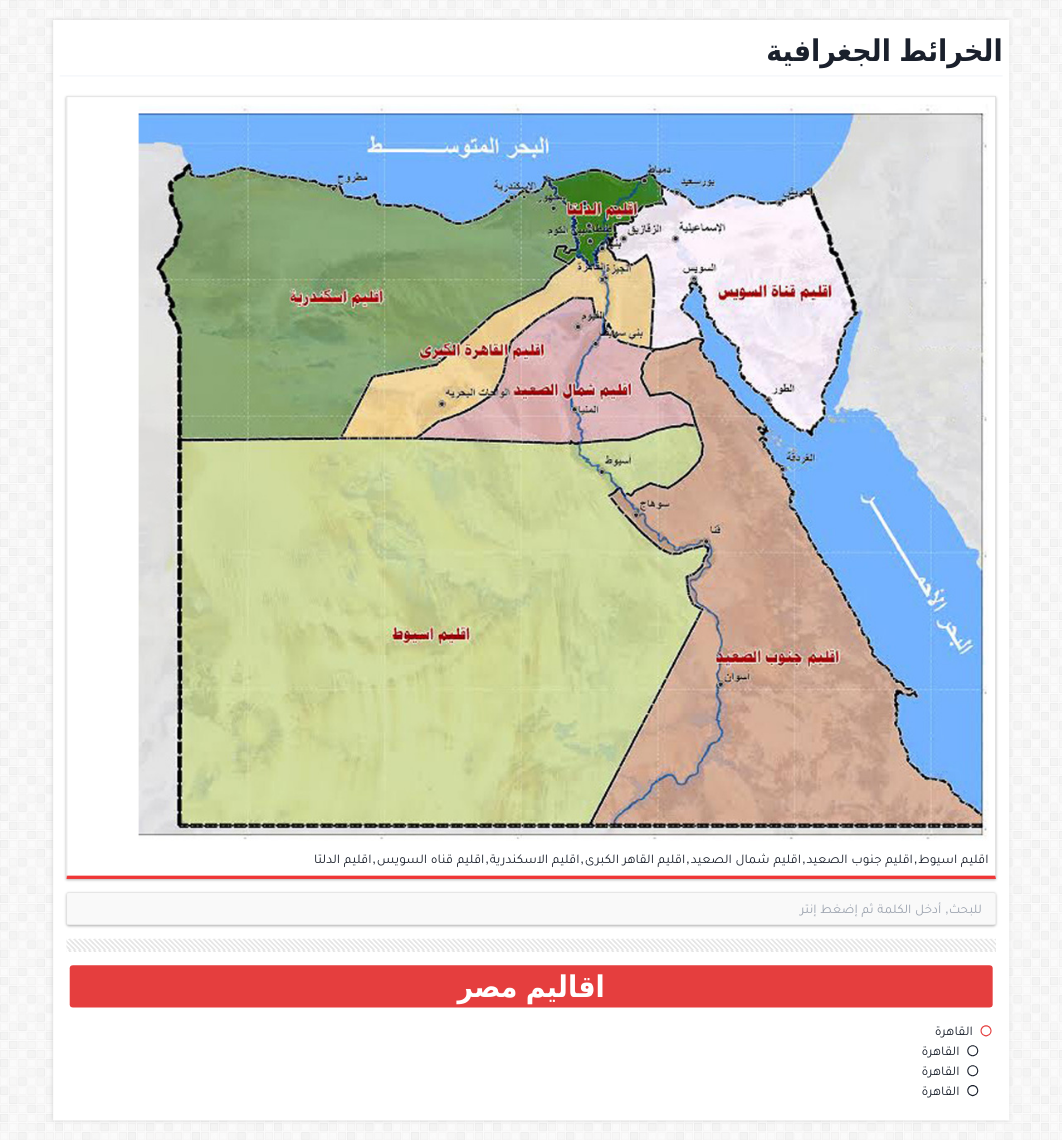
Repository: ahmed-mohamed-eng/egypt-gov-map
Page: /
The author's editor kept a copy of each file at every save. The page is drawn from the files as they stood at one save, then again after the next save.
The browser window is 1280 px wide. The pictures show the whole page, at 83% of full size.
Some web fonts or font styles are not loaded; a fallback is used. The project was rebuilt for these pictures with package versions that can differ from the ones it lists, and the page was loaded fresh each time. The framework's server and built-in components were replaced by stand-ins that run in the browser. Also part of the build but not shown: next.config.js.

Above is the page before, as saved 2022-05-30 14:22:27.

### pages/_app.tsx
import "../styles/globals.css";

import type { AppProps } from "next/app";

import { ChakraProvider, extendTheme } from "@chakra-ui/react";

const theme = extendTheme({
  fonts: {
    heading: `Arial, Helvetica,"Aref Ruqaa" ,'Segoe UI', Tahoma, Geneva, Verdana, sans-serif`,
  },
});

function MyApp({ Component, pageProps }: AppProps) {
  return (
    <ChakraProvider theme={theme}>
      <Component {...pageProps} />
    </ChakraProvider>
  );
}

export default MyApp;

### pages/_document.tsx
import Document, {
  Html,
  Head,
  Main,
  NextScript,
  DocumentContext,
} from "next/document";

class MyDocument extends Document {
  static async getInitialProps(ctx: DocumentContext) {
    const initialProps = await Document.getInitialProps(ctx);
    return { ...initialProps };
  }

  render() {
    return (
      <Html dir="rtl" lang="ar">
        <Head />
        <body>
          <Main />
          <NextScript />
        </body>
      </Html>
    );
  }
}

export default MyDocument;

### pages/index.tsx
import type { NextPage } from "next";

// Custom Components
import Header from "../components/Header";
import PageContainer from "../components/PageContainer";
import MainContentArea from "../components/MainContentArea";

const Home: NextPage = () => {
  return (
    <PageContainer>
      <Header headerTitle="الخرائط الجغرافية" />
      <MainContentArea />
    </PageContainer>
  );
};

export default Home;

### styles/globals.css
@import url("https://fonts.googleapis.com/css2?family=Amiri:ital,wght@0,700;1,400;1,700&family=Aref+Ruqaa:wght@400;700&family=Tajawal:wght@300;400;500;700;800;900&display=swap");

@tailwind base;
@tailwind components;
@tailwind utilities;

html,
body {
  padding: 0;
  margin: 0;
  font-family: -apple-system, BlinkMacSystemFont, Segoe UI, Roboto, Oxygen,
    Ubuntu, Cantarell, Fira Sans, Droid Sans, Helvetica Neue, sans-serif;
}

a {
  color: inherit;
  text-decoration: none;
}

* {
  box-sizing: border-box;
  font-family: Arial, Helvetica, "Tajawal", "Aref Ruqaa", "Segoe UI", Tahoma,
    Geneva, Verdana, sans-serif;
}

### components/Header/index.tsx
export { Header as default } from "./Header";

### components/PageContainer/index.tsx
export { PageContainer as default } from "./PageContainer";

### components/MainContentArea/index.tsx
export { MainContentArea as default } from "./MainContentArea";

### components/Header/Header.tsx
import { Divider, Flex, Heading, VStack } from "@chakra-ui/react";

export interface HeaderProps {
  headerTitle: string;
}

export const Header = (props: HeaderProps) => {
  return (
    <VStack
      as="header"
      w="full"
      justifyContent="center"
      alignItems="center"
      fontSize="1.5rem"
      fontFamily="arabic"
      flex="1"
    >
      <Heading w="full" textAlign="right" as="h1">
        {props.headerTitle}
      </Heading>
      <Flex w="full">
        <Divider orientation="horizontal" />
      </Flex>
    </VStack>
  );
};

### components/PageContainer/PageContainer.tsx
import { Center, Flex, VStack } from "@chakra-ui/react";

// import bgImage from "../../images/backgroundImage.png";

export const PageContainer = (props: any) => {
  return (
    <Flex backgroundImage={`url(/images/backgroundImage.png)`}>
      <Center w="full" h="full" py="1.5rem">
        <VStack
          bgColor="white"
          width={["90vw"]}
          minH="95vh"
          boxShadow="0 0 5px #CACACA"
          py="1rem"
          px="0.5rem"
          spacing="1rem"
        >
          {props.children}
        </VStack>
      </Center>
    </Flex>
  );
};

### components/MainContentArea/MainContentArea.tsx
import { VStack } from "@chakra-ui/react";

// Custom Components.
import MapArea from "./MapArea";
import SearchBox from "./SearchBox";
import StripeSeparator from "./StripeSeparator";
import QuickNavigationArea from "./QuickNavigationArea";

export const MainContentArea = () => {
  return (
    <VStack as="main" w="full" p="0.5rem" spacing="1rem" flex="14">
      <MapArea />
      <SearchBox placeholderTxt="للبحث, أدخل الكلمة ثم إضغط إنتر" />
      <StripeSeparator />
      <QuickNavigationArea />
    </VStack>
  );
};

### components/MainContentArea/MapArea/index.tsx
export { MapArea as default } from "./MapArea";

### components/MainContentArea/SearchBox/index.tsx
export { SearchBox as default } from "./SearchBox";

### components/MainContentArea/StripeSeparator/index.tsx
export { StripeSeparator as default } from "./StripeSeparator";

### components/MainContentArea/QuickNavigationArea/index.tsx
export { QuickNavigationArea as default } from "./QuickNavigationArea";

### components/MainContentArea/MapArea/MapArea.tsx
import { VStack } from "@chakra-ui/react";

// Custom Components.
import MapImage from "./MapImage";
import MapInfoDisplayedLinks from "./MapInfoDisplayedLinks";

// Constants.
import provinces from "../../../constants/provinces";

export const MapArea = () => {
  return (
    <VStack
      borderWidth="thin"
      borderColor="red.500"
      boxShadow="0 1px 3px 0 #b5b5b5"
      border="1px solid #DDD"
      borderBottom="4px solid #ef3636"
      p="0.5rem"
      w="full"
      spacing="0.5rem"
    >
      <MapImage />
      <MapInfoDisplayedLinks
        breadcrumbItems={provinces}
      />
    </VStack>
  );
};

### components/MainContentArea/SearchBox/SearchBox.tsx
import { Input } from "@chakra-ui/react";

export interface SearchBoxProps {
  placeholderTxt: string;
}

export const SearchBox = (props: SearchBoxProps) => {
  return (
    <Input
      w="full"
      backgroundColor="#F9F9F9"
      borderColor="#F1F1F1"
      borderTopColor="#DDD"
      borderBottomColor="#DDD"
      boxShadow="0 1px 3px 0 #B5B5B5"
      borderRadius="3px"
      placeholder={props.placeholderTxt}
    />
  );
};

### components/MainContentArea/StripeSeparator/StripeSeparator.tsx
import { Box } from "@chakra-ui/react";

export const StripeSeparator = () => {
  return <Box w="full" h="1rem" bgImage="url(/images/stripe.png)"></Box>;
};

### components/MainContentArea/QuickNavigationArea/QuickNavigationArea.tsx
import { VStack, Heading } from "@chakra-ui/react";
import CitiesList from "./CitiesList";

export const QuickNavigationArea = () => {
  return (
    <VStack w="full" spacing="1rem" px="0.25rem">
      <Heading
        w="full"
        h="fit-content"
        borderRadius="0.25rem"
        color="white"
        bg="red.500"
        p="0.25rem"
        textAlign="center"
      >
        اقاليم مصر
      </Heading>
      <CitiesList
        list={[
          {
            provinceName: "القاهرة",
            url: "https://www.google.com",
            childItems: [
              {
                cityName: "القاهرة",
                url: "https://www.google.com/",
              },
              {
                cityName: "القاهرة",
                url: "https://www.google.com/",
              },
              {
                cityName: "القاهرة",
                url: "https://www.google.com/",
              },
            ],
          },
        ]}
      />
    </VStack>
  );
};

### components/MainContentArea/MapArea/MapImage/index.tsx
export { MapImage as default } from "./MapImage";

### components/MainContentArea/MapArea/MapInfoDisplayedLinks/index.tsx
export { MapInfoDisplayedLinks as default } from "./MapInfoDisplayedLinks";

### constants/provinces.ts
import { BreadcrumbElement } from "../components/MainContentArea/MapArea/MapInfoDisplayedLinks/MapInfoDisplayedLinks";

const provinces: Array<BreadcrumbElement> = [
  {
    text: "اقليم اسيوط",
    url: "#",
  },
  {
    text: "اقليم جنوب الصعيد",
    url: "#",
  },
  {
    text: "اقليم شمال الصعيد",
    url: "#",
  },
  {
    text: "اقليم القاهر الكبرى",
    url: "#",
  },
  {
    text: "اقليم الاسكندرية",
    url: "#",
  },
  {
    text: "اقليم قناه السويس",
    url: "#",
  },
  {
    text: "اقليم الدلتا",
    url: "#",
  },
];

export default provinces;

### components/MainContentArea/QuickNavigationArea/CitiesList/index.tsx
export { CitiesList as default } from "./CitiesList";

### components/MainContentArea/MapArea/MapImage/MapImage.tsx
import React from "react";

import { Flex, Image } from "@chakra-ui/react";

// Images Sources.
import mapImage from "../../../../images/Egypt_Provinces.jpg";

export const MapImage = () => {
  return (
    <Flex w="full">
      <Image mixBlendMode="multiply" src={mapImage.src} alt="Egypt Province Map" />
    </Flex>
  );
};

### components/MainContentArea/MapArea/MapInfoDisplayedLinks/MapInfoDisplayedLinks.tsx
import { v4 as uuidV4 } from "uuid";

import { Breadcrumb, BreadcrumbItem, BreadcrumbLink } from "@chakra-ui/react";

export type BreadcrumbElement = {
  url: string;
  text: string;
};

export interface MapInfoDisplayedLinksProps {
  breadcrumbItems: Array<BreadcrumbElement>;
}

export const MapInfoDisplayedLinks = (props: MapInfoDisplayedLinksProps) => {
  const breadcrumbItems = props.breadcrumbItems.map((item) => {
    return (
      <BreadcrumbItem key={uuidV4()}>
        <BreadcrumbLink
          maxW="fit-content"
          _hover={{
            textDecoration: "none",
            fontWeight: "600",
          }}
          href={item.url}
        >
          {item.text}
        </BreadcrumbLink>
      </BreadcrumbItem>
    );
  });

  return (
    <Breadcrumb spacing="1px" separator="," w="full">
      {breadcrumbItems}
    </Breadcrumb>
  );
};

### components/MainContentArea/QuickNavigationArea/CitiesList/CitiesList.tsx
import { v4 as uuidV4 } from "uuid";

import { List, ListItem, ListIcon } from "@chakra-ui/react";

import { BiCircle } from "react-icons/bi";

export type city = {
  cityName: string;
  url: string;
};

export type province = {
  provinceName: string;
  url: string;
  childItems: Array<city>;
};

export interface CitiesListProps {
  list: Array<province>;
}

export const CitiesList = (props: CitiesListProps) => {
  const items = props.list.map((item, parentIndex) => {
    return (
      <List key={uuidV4()}>
        <ListItem as="a" href={item.url}>
          <ListIcon as={BiCircle} color="red.500" fill="red.500" />
          {item.provinceName}
        </ListItem>
        {item.childItems.map((childItem) => {
          return (
            <List key={uuidV4()} pr={`${parentIndex + 1}rem`}>
              <ListItem as="a" href={childItem.url}>
                <ListIcon as={BiCircle} />
                {childItem.cityName}
              </ListItem>
            </List>
          );
        })}
      </List>
    );
  });
  return <List w="full">{items}</List>;
};

Loaded but not shown: tailwind.config.js (common file)

After the next save:
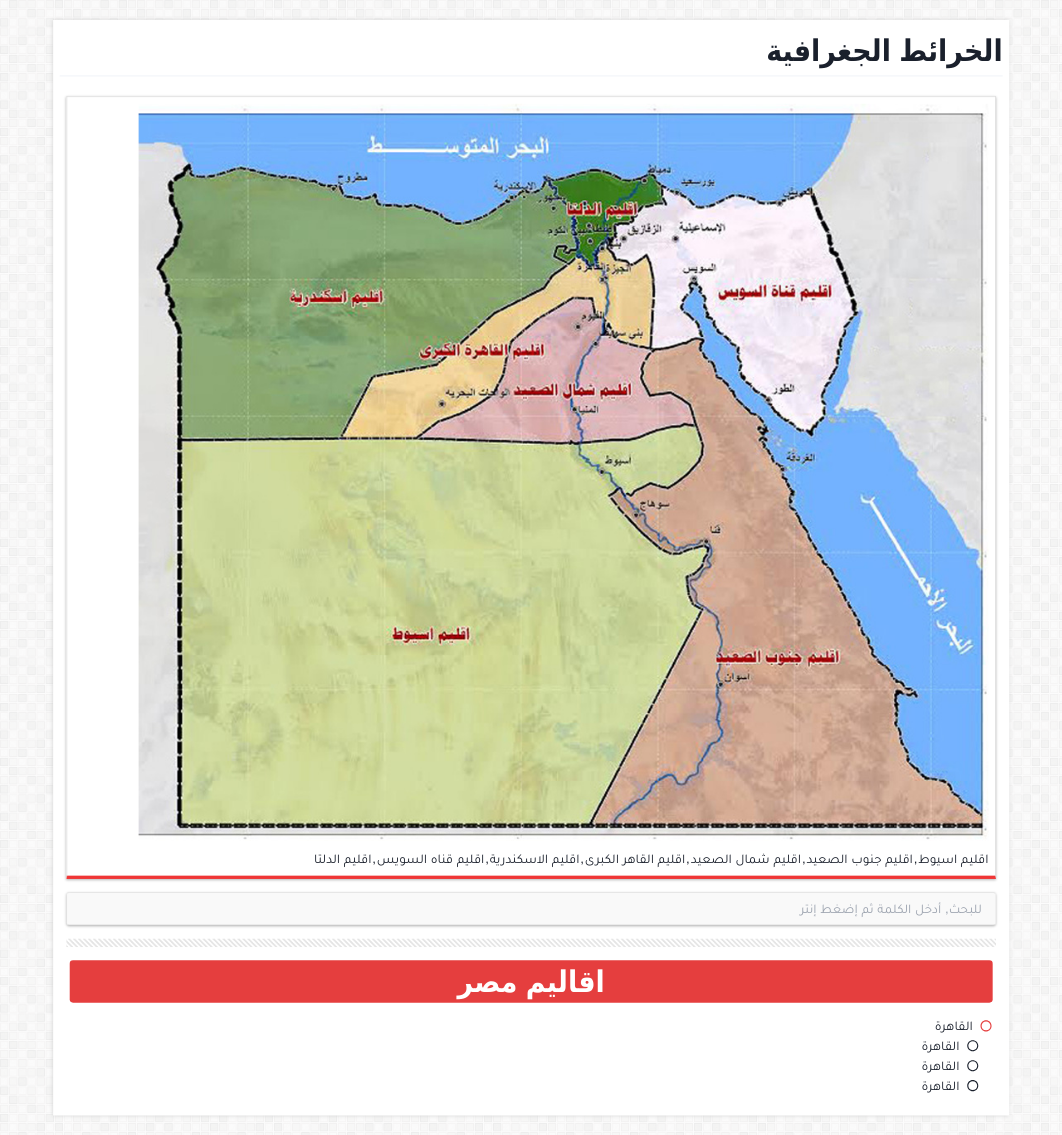
Saved 11 s later.
--- a/components/MainContentArea/StripeSeparator/StripeSeparator.tsx
+++ b/components/MainContentArea/StripeSeparator/StripeSeparator.tsx
@@ -1,5 +1,5 @@
 import { Box } from "@chakra-ui/react";
 
 export const StripeSeparator = () => {
-  return <Box w="full" h="1rem" bgImage="url(/images/stripe.png)"></Box>;
+  return <Box w="full" h="10px" bgImage="url(/images/stripe.png)"></Box>;
 };
